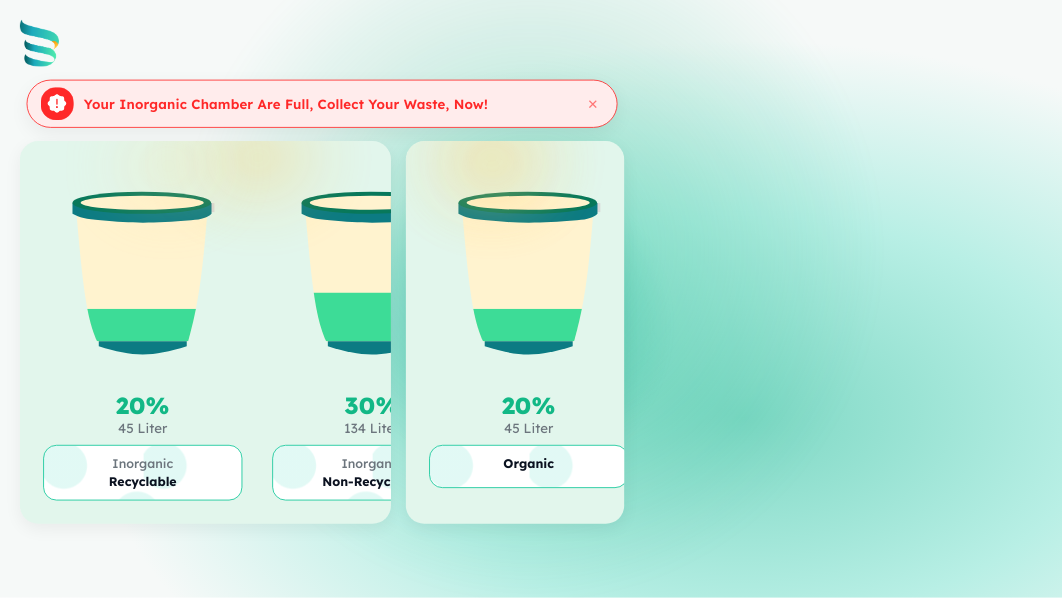
Repository: william-saputra/nusabin
Page: pages/homepage.html
The author's editor kept a copy of each file at every save. The page is drawn from the files as they stood at one save, then again after the next save.
The browser window is 1280 px wide. The pictures show the whole page, at 83% of full size.
Backgrounds fixed to the window are drawn as part of the page.

Above is the page before, as saved 2025-08-13 02:00:20.

After the next save:
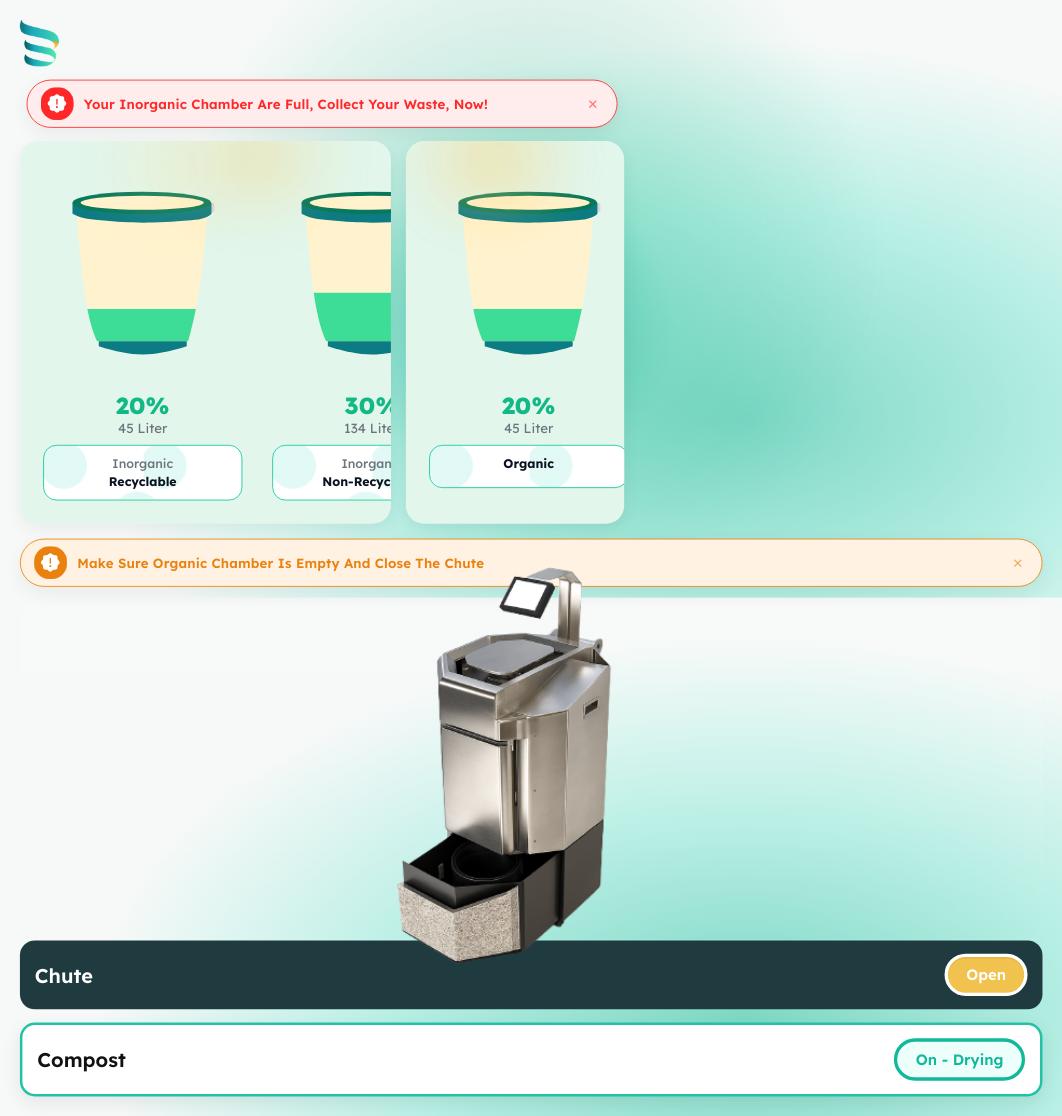
Saved 9 s later.
--- a/pages/homepage.html
+++ b/pages/homepage.html
@@ -134,7 +134,31 @@
       </main>
 
       <main class="fullpage-right">
-        <!-- paste isi aside tadi di sini -->
+        <section class="alerts no-nav">
+          <div class="alert pill no-nav" data-variant="warning" data-alert-id="right-alert">
+            <img class="alert-icon" src="../assets/icons/orange_alert.svg" alt="alert" width="40" height="40" />
+            <div class="text no-nav">Make Sure Organic Chamber Is Empty And Close The Chute</div>
+            <button class="close no-nav" data-dismiss>
+              <span class="no-nav">&#10005;</span>
+            </button>
+          </div>
+        </section>
+
+        <div class="machine-wrapper">
+          <img src="../assets/images/machine.png" alt="Machine" class="machine" />
+        </div>
+
+        <div class="status-panel no-nav">
+          <div class="status-row variant-dark no-nav">
+            <div class="label no-nav">Chute</div>
+            <div class="status-pill pill-open no-nav">Open</div>
+          </div>
+          <div class="status-row variant-light no-nav">
+            <div class="label no-nav">Compost</div>
+            <div class="status-pill pill-on no-nav">On - Drying</div>
+          </div>
+        </div>
+
       </main>
 
       <div class="page-bottom-decor" aria-hidden="true"></div>
